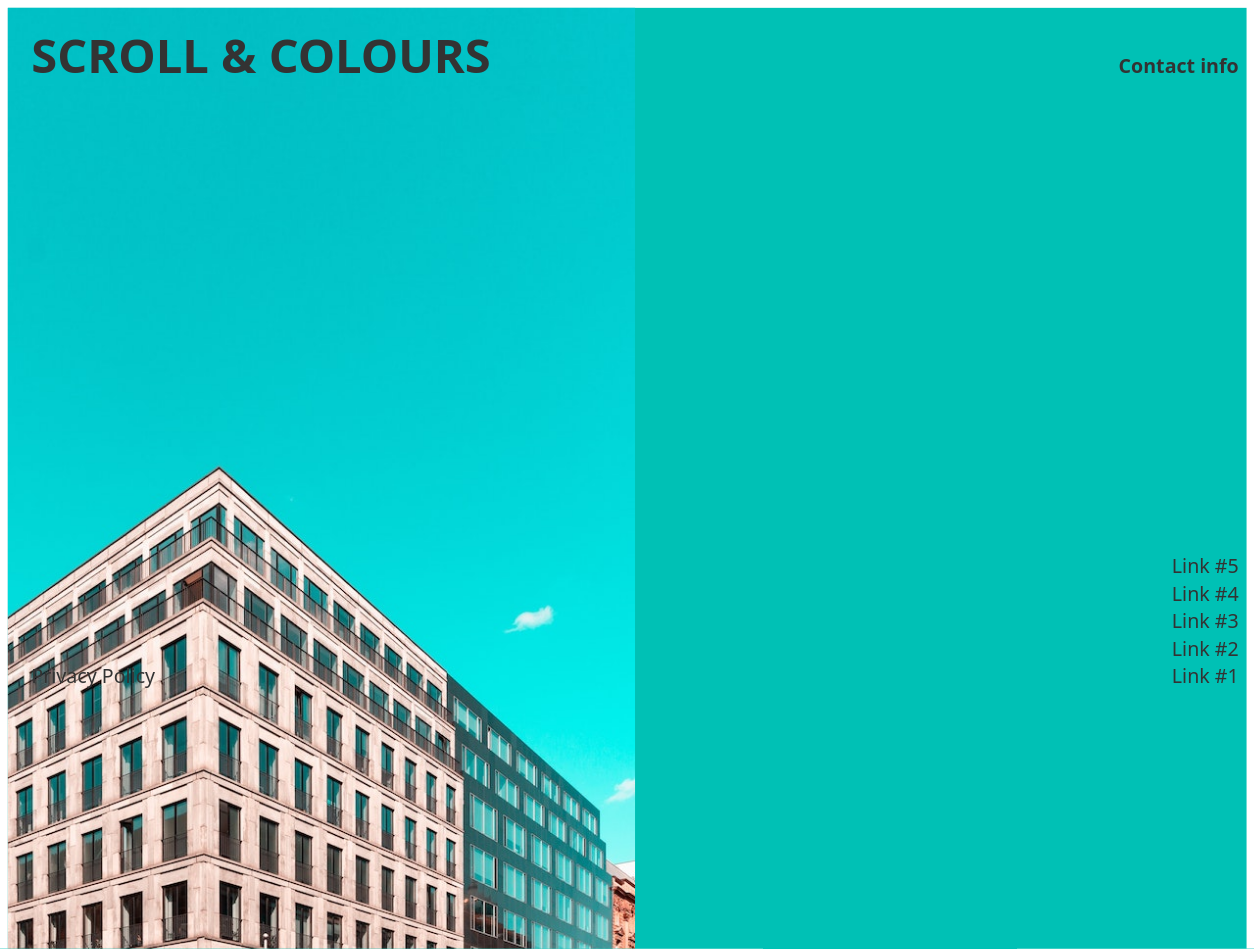
Repository: chelle-c/smooth-scroll-colours
Page: /
An editor plug-in stored every save of this project. The page is shown before and after the next save, followed by the edit.
The browser window is 1280 px wide. The pictures show the whole page, at 98% of full size.
The project was rebuilt for these pictures with package versions that can differ from the ones it lists, and the page was loaded fresh each time. Imported but missing from the stored project, and not drawn on this page: images.

Above is the page before, as saved 2022-09-19 16:40:16.

### src/App.svelte
<script>
	import '/images/';
</script>

<main class="min-w-full min-h-screen fixed flex flex-col justify-between p-6">
	<div class="flex flex-row justify-between items-baseline">
		<div><h1 class='font-sans font-bold text-5xl uppercase'>Scroll & Colours</h1></div>
		<div class='font-sans font-bold text-xl'>Contact info</div>
	</div>
	<div class="flex flex-row justify-between items-end">
		<div class='font-sans text-xl'>Privacy Policy</div>
		<div class='font-sans text-xl'>
			<ul>
				<li><a href="#section5">Link #5</a></li>
				<li><a href="#section4">Link #4</a></li>
				<li><a href="#section3">Link #3</a></li>
				<li><a href="#section2">Link #2</a></li>
				<li><a href="#section1">Link #1</a></li>
			</ul>
		</div>
	</div>
</main>

<section id='section5' class='min-w-full min-h-screen'>
	<div><img class='' src='/images/image-turquoise.jpg' alt='White building against turqoise sky'/></div>
</section>

<style global lang="postcss">
	@tailwind base;
	@tailwind components;
	@tailwind utilities;

	:global(body) {
		padding: 0;
	}

	#section5 {
		background: #00c1b5
	}
</style>

### tailwind.config.js
/** @type {import('tailwindcss').Config} */
const production = !process.env.ROLLUP_WATCH;
module.exports = {
	future: {
		purgeLayersByDefault: true,
		removeDeprecatedGapUtilities: true,
	},
	purge: {
		content: ['./src/**/*.svelte'],
		enabled: production, // disable purge in dev
	},
	content: [],
	theme: {
		extend: {},
	},
	plugins: [],
};

### public/global.css
html, body {
	position: relative;
	width: 100%;
	height: 100%;
}

body {
	color: #333;
	margin: 0;
	padding: 8px;
	box-sizing: border-box;
	font-family: -apple-system, BlinkMacSystemFont, "Segoe UI", Roboto, Oxygen-Sans, Ubuntu, Cantarell, "Helvetica Neue", sans-serif;
}

a {
	color: rgb(0,100,200);
	text-decoration: none;
}

a:hover {
	text-decoration: underline;
}

a:visited {
	color: rgb(0,80,160);
}

label {
	display: block;
}

input, button, select, textarea {
	font-family: inherit;
	font-size: inherit;
	-webkit-padding: 0.4em 0;
	padding: 0.4em;
	margin: 0 0 0.5em 0;
	box-sizing: border-box;
	border: 1px solid #ccc;
	border-radius: 2px;
}

input:disabled {
	color: #ccc;
}

button {
	color: #333;
	background-color: #f4f4f4;
	outline: none;
}

button:disabled {
	color: #999;
}

button:not(:disabled):active {
	background-color: #ddd;
}

button:focus {
	border-color: #666;
}

Loaded but not shown: public/index.html (common file); src/main.js (common file)

After the next save:
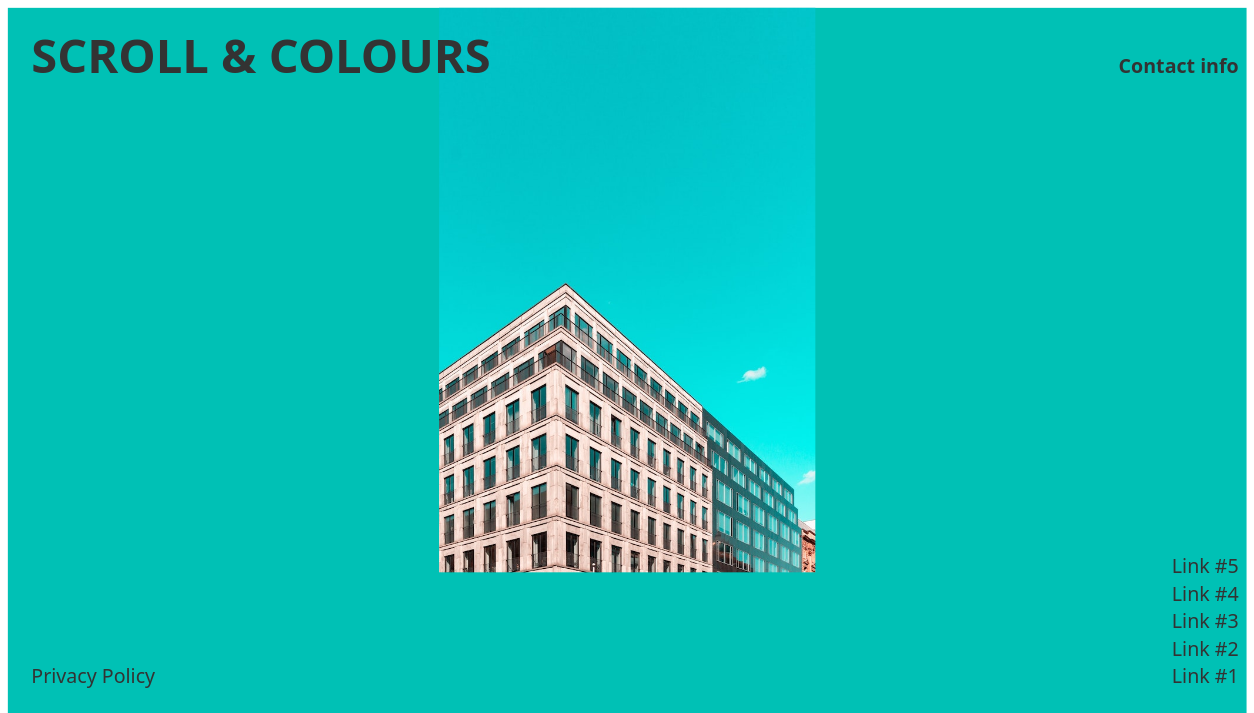
Saved 12 min 33 s later.
--- a/src/App.svelte
+++ b/src/App.svelte
@@ -21,8 +21,8 @@
 	</div>
 </main>
 
-<section id='section5' class='min-w-full min-h-screen'>
-	<div><img class='' src='/images/image-turquoise.jpg' alt='White building against turqoise sky'/></div>
+<section id='section5' class='container min-h-screen'>
+	<div class='container-sm flex justify-center items-center'><img class='max-w-96' src='/images/image-turquoise.jpg' alt='White building against turqoise sky'/></div>
 </section>
 
 <style global lang="postcss">
